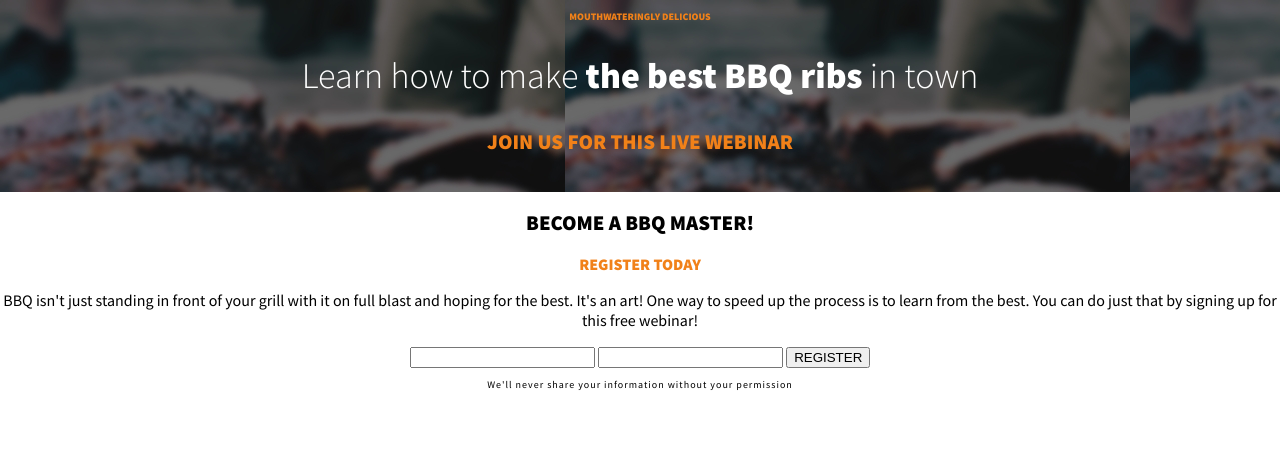
Repository: Doumham-Armah/BBQ-landing-page
Page: index.html
An editor plug-in stored every save of this project. The page is shown before and after the next save, followed by the edit.
The browser window is 1280 px wide. The pictures show the whole page.

Above is the page before, as saved 2021-09-04 18:17:49.

### index.html
<!DOCTYPE html>
<html lang="en">

<head>
    <link href="https://fonts.googleapis.com/css?family=Source+Sans+Pro:300,400,900&display=swap" rel="stylesheet">
    <link href="styles.css" rel="stylesheet">

    <title>BBQ Page</title>
</head>

<body>

    <div class="splitter">
        <section class="intro">
            <div class="container">
                <p class="top-text">Mouthwateringly delicious</p>
                <h1>Learn how to make <strong>the best BBQ ribs</strong> in town</h1>
                <p>Join us for this live webinar</p>
            </div>
        </section>

        <section class="main-content">
            <div class="container">
                <h2>Become a BBQ master!</h2>
                <p>Register Today</p>
                <p>BBQ isn't just standing in front of your grill with it on full blast and hoping for the best. It's an
                    art! One way to speed up the process is to learn from the best. You can do just that by signing up
                    for this free webinar!</p>
                <input type="text">
                <input type="text">
                <button class="btn register-btn">Register</button>
                <p class="fine-print">We'll never share your information without your permission</p>
            </div>
        </section>
    </div>

</body>

</html>

### styles.css
body {
  margin: 0;
  font-family: "Source Sans Pro", sans-serif;
  font-size: 1rem;
  text-align: center;
}

h1 {
  font-size: 2.25rem;
  font-weight: 300;
  color: #fff;
}

/* applies to p that is directly a sibling of h1 */
h1 + p {
  color: #f18119;
  font-weight: 900;
  font-size: 1.3125rem;
  text-transform: uppercase;
}

h2 {
  font-size: 1.3125rem;
  text-transform: uppercase;
}

h2 + p {
  color: #f18119;
  font-weight: 900;
  font-size: 1rem;
  text-transform: uppercase;
}

.top-text {
  font-size: 0.625rem;
  font-weight: 900;
  color: #f18119;
  text-transform: uppercase;
}
.fine-print {
  font-size: 0.625rem;
  letter-spacing: 1px;
}
strong {
  font-weight: 900;
}

.register-btn {
  text-transform: uppercase;
}

/* =================
   Intro section
   ================= */
.intro {
  background-image: url(images/dark-ribs.jpg);
  background-color: #404040;
  padding: 0 0.25em 1em;
  display: flex;
  flex-direction: column;
}

After the next save:
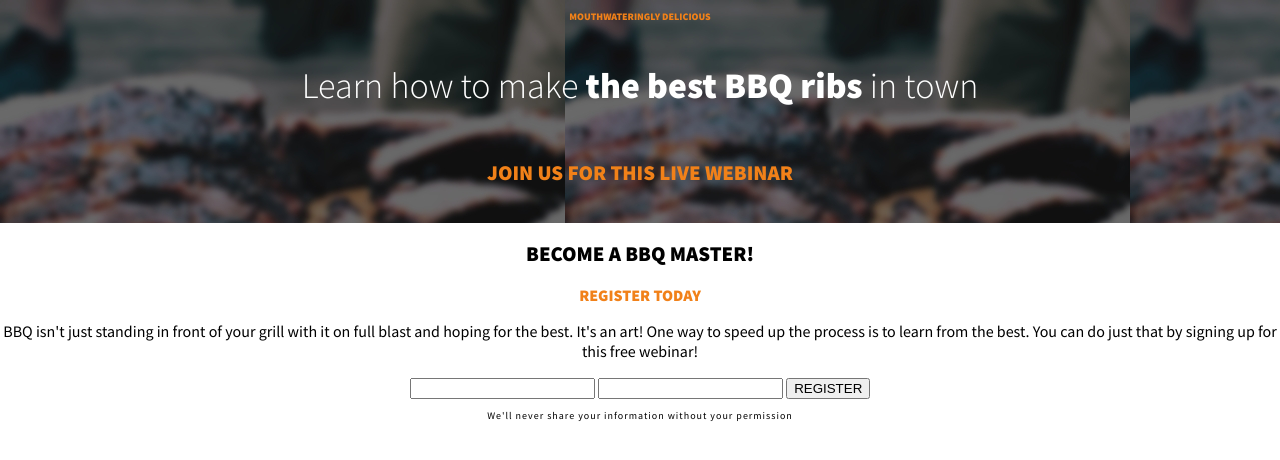
Saved 48 s later.
--- a/index.html
+++ b/index.html
@@ -1,39 +1,41 @@
 <!DOCTYPE html>
 <html lang="en">
-
-<head>
-    <link href="https://fonts.googleapis.com/css?family=Source+Sans+Pro:300,400,900&display=swap" rel="stylesheet">
-    <link href="styles.css" rel="stylesheet">
+  <head>
+    <link
+      href="https://fonts.googleapis.com/css?family=Source+Sans+Pro:300,400,900&display=swap"
+      rel="stylesheet"
+    />
+    <link href="styles.css" rel="stylesheet" />
 
     <title>BBQ Page</title>
-</head>
+  </head>
 
-<body>
+  <body>
+    <div class="splitter">
+      <section class="intro">
+        <p class="top-text">Mouthwateringly delicious</p>
+        <h1>Learn how to make <strong>the best BBQ ribs</strong> in town</h1>
+        <p>Join us for this live webinar</p>
+      </section>
 
-    <div class="splitter">
-        <section class="intro">
-            <div class="container">
-                <p class="top-text">Mouthwateringly delicious</p>
-                <h1>Learn how to make <strong>the best BBQ ribs</strong> in town</h1>
-                <p>Join us for this live webinar</p>
-            </div>
-        </section>
-
-        <section class="main-content">
-            <div class="container">
-                <h2>Become a BBQ master!</h2>
-                <p>Register Today</p>
-                <p>BBQ isn't just standing in front of your grill with it on full blast and hoping for the best. It's an
-                    art! One way to speed up the process is to learn from the best. You can do just that by signing up
-                    for this free webinar!</p>
-                <input type="text">
-                <input type="text">
-                <button class="btn register-btn">Register</button>
-                <p class="fine-print">We'll never share your information without your permission</p>
-            </div>
-        </section>
+      <section class="main-content">
+        <div class="container">
+          <h2>Become a BBQ master!</h2>
+          <p>Register Today</p>
+          <p>
+            BBQ isn't just standing in front of your grill with it on full blast
+            and hoping for the best. It's an art! One way to speed up the
+            process is to learn from the best. You can do just that by signing
+            up for this free webinar!
+          </p>
+          <input type="text" />
+          <input type="text" />
+          <button class="btn register-btn">Register</button>
+          <p class="fine-print">
+            We'll never share your information without your permission
+          </p>
+        </div>
+      </section>
     </div>
-
-</body>
-
+  </body>
 </html>
